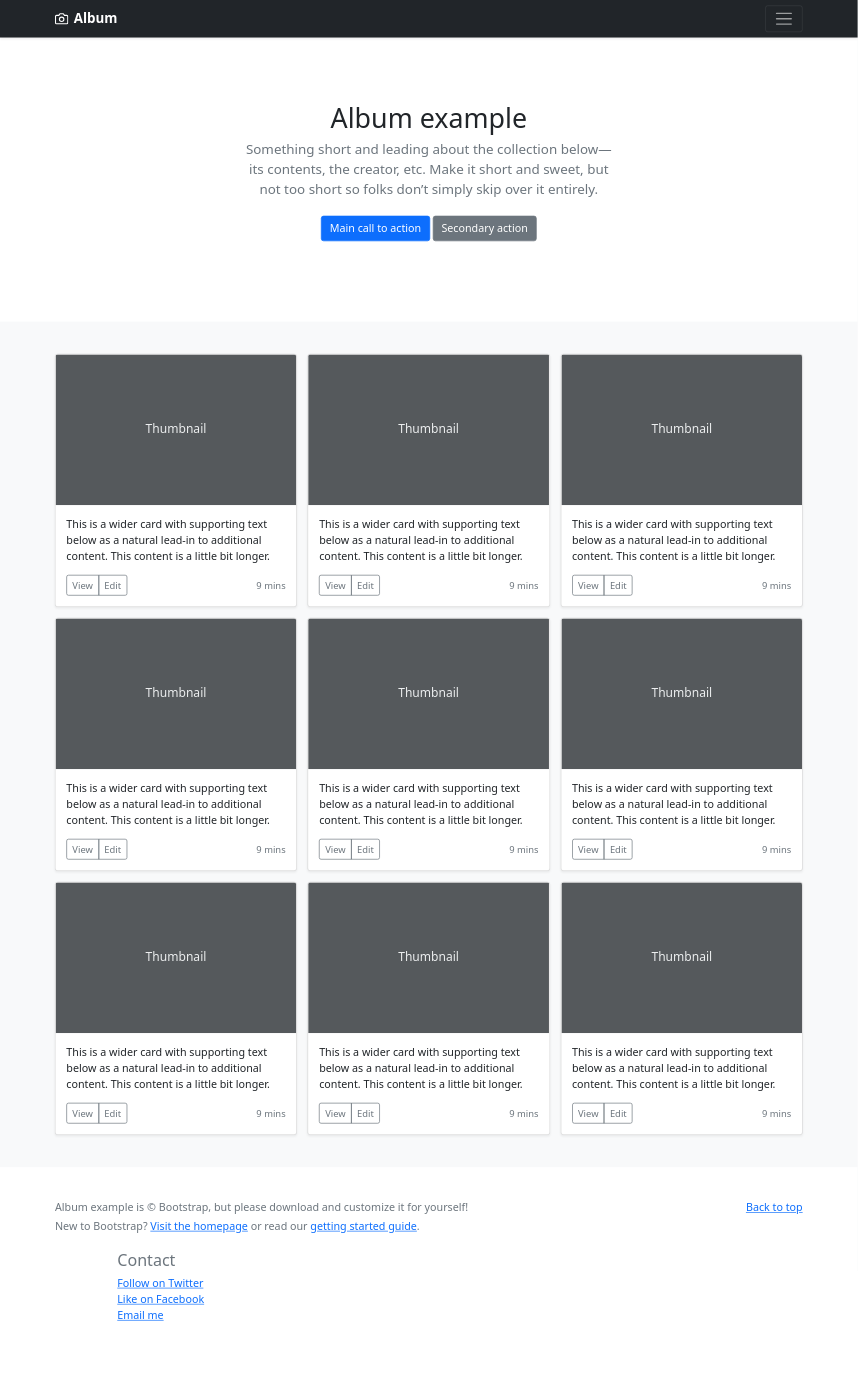
Repository: harshi93/pythonProjects
Page: http://localhost/jobs
These files come from the project's save history. The page is drawn as it stood at one moment and after the next save; the edit follows.
The browser window is 1280 px wide. The pictures show the whole page, at 67% of full size.
The page is served by the project's application, run on Django 3.2 (manage.py). Other server files are loaded and not shown.

Above is the page before, as saved 2021-07-29 03:12:09.

### portfolio/jobs/templates/experience/exp.html
<!doctype html>
<html lang="en">
  <head>
    <meta charset="utf-8">
    <meta name="viewport" content="width=device-width, initial-scale=1">
    <meta name="description" content="">
    <meta name="author" content="Mark Otto, Jacob Thornton, and Bootstrap contributors">
    <meta name="generator" content="Hugo 0.84.0">
    <title>Album example · Bootstrap v5.0</title>

    <link rel="canonical" href="https://getbootstrap.com/docs/5.0/examples/album/">



    <!-- Bootstrap core CSS -->
    <link href="https://cdn.jsdelivr.net/npm/bootstrap@5.0.2/dist/css/bootstrap.min.css" rel="stylesheet" integrity="sha384-EVSTQN3/azprG1Anm3QDgpJLIm9Nao0Yz1ztcQTwFspd3yD65VohhpuuCOmLASjC" crossorigin="anonymous">
    <!-- Favicons -->
<link rel="apple-touch-icon" href="/docs/5.0/assets/img/favicons/apple-touch-icon.png" sizes="180x180">
<link rel="icon" href="/docs/5.0/assets/img/favicons/favicon-32x32.png" sizes="32x32" type="image/png">
<link rel="icon" href="/docs/5.0/assets/img/favicons/favicon-16x16.png" sizes="16x16" type="image/png">
<link rel="manifest" href="/docs/5.0/assets/img/favicons/manifest.json">
<link rel="mask-icon" href="/docs/5.0/assets/img/favicons/safari-pinned-tab.svg" color="#7952b3">
<link rel="icon" href="/docs/5.0/assets/img/favicons/favicon.ico">
<meta name="theme-color" content="#7952b3">


    <style>
      .bd-placeholder-img {
        font-size: 1.125rem;
        text-anchor: middle;
        -webkit-user-select: none;
        -moz-user-select: none;
        user-select: none;
      }

      @media (min-width: 768px) {
        .bd-placeholder-img-lg {
          font-size: 3.5rem;
        }
      }
    </style>


  </head>
  <body>

<header>
  <div class="collapse bg-dark" id="navbarHeader">
    <div class="container">
      <div class="row">
        <div class="col-sm-8 col-md-7 py-4">
          <h4 class="text-white">About</h4>
          <p class="text-muted">Add some information about the album below, the author, or any other background context. Make it a few sentences long so folks can pick up some informative tidbits. Then, link them off to some social networking sites or contact information.</p>
        </div>

      </div>
    </div>
  </div>
  <div class="navbar navbar-dark bg-dark shadow-sm">
    <div class="container">
      <a href="#" class="navbar-brand d-flex align-items-center">
        <svg xmlns="http://www.w3.org/2000/svg" width="20" height="20" fill="none" stroke="currentColor" stroke-linecap="round" stroke-linejoin="round" stroke-width="2" aria-hidden="true" class="me-2" viewBox="0 0 24 24"><path d="M23 19a2 2 0 0 1-2 2H3a2 2 0 0 1-2-2V8a2 2 0 0 1 2-2h4l2-3h6l2 3h4a2 2 0 0 1 2 2z"/><circle cx="12" cy="13" r="4"/></svg>
        <strong>Album</strong>
      </a>
      <button class="navbar-toggler" type="button" data-bs-toggle="collapse" data-bs-target="#navbarHeader" aria-controls="navbarHeader" aria-expanded="false" aria-label="Toggle navigation">
        <span class="navbar-toggler-icon"></span>
      </button>
    </div>
  </div>
</header>

<main>

  <section class="py-5 text-center container">
    <div class="row py-lg-5">
      <div class="col-lg-6 col-md-8 mx-auto">
        <h1 class="fw-light">Album example</h1>
        <p class="lead text-muted">Something short and leading about the collection below—its contents, the creator, etc. Make it short and sweet, but not too short so folks don’t simply skip over it entirely.</p>
        <p>
          <a href="#" class="btn btn-primary my-2">Main call to action</a>
          <a href="#" class="btn btn-secondary my-2">Secondary action</a>
        </p>
      </div>
    </div>
  </section>

  <div class="album py-5 bg-light">
    <div class="container">

      <div class="row row-cols-1 row-cols-sm-2 row-cols-md-3 g-3">
        <div class="col">
          <div class="card shadow-sm">
            <svg class="bd-placeholder-img card-img-top" width="100%" height="225" xmlns="http://www.w3.org/2000/svg" role="img" aria-label="Placeholder: Thumbnail" preserveAspectRatio="xMidYMid slice" focusable="false"><title>Placeholder</title><rect width="100%" height="100%" fill="#55595c"/><text x="50%" y="50%" fill="#eceeef" dy=".3em">Thumbnail</text></svg>

            <div class="card-body">
              <p class="card-text">This is a wider card with supporting text below as a natural lead-in to additional content. This content is a little bit longer.</p>
              <div class="d-flex justify-content-between align-items-center">
                <div class="btn-group">
                  <button type="button" class="btn btn-sm btn-outline-secondary">View</button>
                  <button type="button" class="btn btn-sm btn-outline-secondary">Edit</button>
                </div>
                <small class="text-muted">9 mins</small>
              </div>
            </div>
          </div>
        </div>
        <div class="col">
          <div class="card shadow-sm">
            <svg class="bd-placeholder-img card-img-top" width="100%" height="225" xmlns="http://www.w3.org/2000/svg" role="img" aria-label="Placeholder: Thumbnail" preserveAspectRatio="xMidYMid slice" focusable="false"><title>Placeholder</title><rect width="100%" height="100%" fill="#55595c"/><text x="50%" y="50%" fill="#eceeef" dy=".3em">Thumbnail</text></svg>

            <div class="card-body">
              <p class="card-text">This is a wider card with supporting text below as a natural lead-in to additional content. This content is a little bit longer.</p>
              <div class="d-flex justify-content-between align-items-center">
                <div class="btn-group">
                  <button type="button" class="btn btn-sm btn-outline-secondary">View</button>
                  <button type="button" class="btn btn-sm btn-outline-secondary">Edit</button>
                </div>
                <small class="text-muted">9 mins</small>
              </div>
            </div>
          </div>
        </div>
        <div class="col">
          <div class="card shadow-sm">
            <svg class="bd-placeholder-img card-img-top" width="100%" height="225" xmlns="http://www.w3.org/2000/svg" role="img" aria-label="Placeholder: Thumbnail" preserveAspectRatio="xMidYMid slice" focusable="false"><title>Placeholder</title><rect width="100%" height="100%" fill="#55595c"/><text x="50%" y="50%" fill="#eceeef" dy=".3em">Thumbnail</text></svg>

            <div class="card-body">
              <p class="card-text">This is a wider card with supporting text below as a natural lead-in to additional content. This content is a little bit longer.</p>
              <div class="d-flex justify-content-between align-items-center">
                <div class="btn-group">
                  <button type="button" class="btn btn-sm btn-outline-secondary">View</button>
                  <button type="button" class="btn btn-sm btn-outline-secondary">Edit</button>
                </div>
                <small class="text-muted">9 mins</small>
              </div>
            </div>
          </div>
        </div>

        <div class="col">
          <div class="card shadow-sm">
            <svg class="bd-placeholder-img card-img-top" width="100%" height="225" xmlns="http://www.w3.org/2000/svg" role="img" aria-label="Placeholder: Thumbnail" preserveAspectRatio="xMidYMid slice" focusable="false"><title>Placeholder</title><rect width="100%" height="100%" fill="#55595c"/><text x="50%" y="50%" fill="#eceeef" dy=".3em">Thumbnail</text></svg>

            <div class="card-body">
              <p class="card-text">This is a wider card with supporting text below as a natural lead-in to additional content. This content is a little bit longer.</p>
              <div class="d-flex justify-content-between align-items-center">
                <div class="btn-group">
                  <button type="button" class="btn btn-sm btn-outline-secondary">View</button>
                  <button type="button" class="btn btn-sm btn-outline-secondary">Edit</button>
                </div>
                <small class="text-muted">9 mins</small>
              </div>
            </div>
          </div>
        </div>
        <div class="col">
          <div class="card shadow-sm">
            <svg class="bd-placeholder-img card-img-top" width="100%" height="225" xmlns="http://www.w3.org/2000/svg" role="img" aria-label="Placeholder: Thumbnail" preserveAspectRatio="xMidYMid slice" focusable="false"><title>Placeholder</title><rect width="100%" height="100%" fill="#55595c"/><text x="50%" y="50%" fill="#eceeef" dy=".3em">Thumbnail</text></svg>

            <div class="card-body">
              <p class="card-text">This is a wider card with supporting text below as a natural lead-in to additional content. This content is a little bit longer.</p>
              <div class="d-flex justify-content-between align-items-center">
                <div class="btn-group">
                  <button type="button" class="btn btn-sm btn-outline-secondary">View</button>
                  <button type="button" class="btn btn-sm btn-outline-secondary">Edit</button>
                </div>
                <small class="text-muted">9 mins</small>
              </div>
            </div>
          </div>
        </div>
        <div class="col">
          <div class="card shadow-sm">
            <svg class="bd-placeholder-img card-img-top" width="100%" height="225" xmlns="http://www.w3.org/2000/svg" role="img" aria-label="Placeholder: Thumbnail" preserveAspectRatio="xMidYMid slice" focusable="false"><title>Placeholder</title><rect width="100%" height="100%" fill="#55595c"/><text x="50%" y="50%" fill="#eceeef" dy=".3em">Thumbnail</text></svg>

            <div class="card-body">
              <p class="card-text">This is a wider card with supporting text below as a natural lead-in to additional content. This content is a little bit longer.</p>
              <div class="d-flex justify-content-between align-items-center">
                <div class="btn-group">
                  <button type="button" class="btn btn-sm btn-outline-secondary">View</button>
                  <button type="button" class="btn btn-sm btn-outline-secondary">Edit</button>
                </div>
                <small class="text-muted">9 mins</small>
              </div>
            </div>
          </div>
        </div>

        <div class="col">
          <div class="card shadow-sm">
            <svg class="bd-placeholder-img card-img-top" width="100%" height="225" xmlns="http://www.w3.org/2000/svg" role="img" aria-label="Placeholder: Thumbnail" preserveAspectRatio="xMidYMid slice" focusable="false"><title>Placeholder</title><rect width="100%" height="100%" fill="#55595c"/><text x="50%" y="50%" fill="#eceeef" dy=".3em">Thumbnail</text></svg>

            <div class="card-body">
              <p class="card-text">This is a wider card with supporting text below as a natural lead-in to additional content. This content is a little bit longer.</p>
              <div class="d-flex justify-content-between align-items-center">
                <div class="btn-group">
                  <button type="button" class="btn btn-sm btn-outline-secondary">View</button>
                  <button type="button" class="btn btn-sm btn-outline-secondary">Edit</button>
                </div>
                <small class="text-muted">9 mins</small>
              </div>
            </div>
          </div>
        </div>
        <div class="col">
          <div class="card shadow-sm">
            <svg class="bd-placeholder-img card-img-top" width="100%" height="225" xmlns="http://www.w3.org/2000/svg" role="img" aria-label="Placeholder: Thumbnail" preserveAspectRatio="xMidYMid slice" focusable="false"><title>Placeholder</title><rect width="100%" height="100%" fill="#55595c"/><text x="50%" y="50%" fill="#eceeef" dy=".3em">Thumbnail</text></svg>

            <div class="card-body">
              <p class="card-text">This is a wider card with supporting text below as a natural lead-in to additional content. This content is a little bit longer.</p>
              <div class="d-flex justify-content-between align-items-center">
                <div class="btn-group">
                  <button type="button" class="btn btn-sm btn-outline-secondary">View</button>
                  <button type="button" class="btn btn-sm btn-outline-secondary">Edit</button>
                </div>
                <small class="text-muted">9 mins</small>
              </div>
            </div>
          </div>
        </div>
        <div class="col">
          <div class="card shadow-sm">
            <svg class="bd-placeholder-img card-img-top" width="100%" height="225" xmlns="http://www.w3.org/2000/svg" role="img" aria-label="Placeholder: Thumbnail" preserveAspectRatio="xMidYMid slice" focusable="false"><title>Placeholder</title><rect width="100%" height="100%" fill="#55595c"/><text x="50%" y="50%" fill="#eceeef" dy=".3em">Thumbnail</text></svg>

            <div class="card-body">
              <p class="card-text">This is a wider card with supporting text below as a natural lead-in to additional content. This content is a little bit longer.</p>
              <div class="d-flex justify-content-between align-items-center">
                <div class="btn-group">
                  <button type="button" class="btn btn-sm btn-outline-secondary">View</button>
                  <button type="button" class="btn btn-sm btn-outline-secondary">Edit</button>
                </div>
                <small class="text-muted">9 mins</small>
              </div>
            </div>
          </div>
        </div>
      </div>
    </div>
  </div>

</main>

<footer class="text-muted py-5">
  <div class="container">
    <p class="float-end mb-1">
      <a href="#">Back to top</a>
    </p>
    <p class="mb-1">Album example is &copy; Bootstrap, but please download and customize it for yourself!</p>
    <p class="mb-0">New to Bootstrap? <a href="/">Visit the homepage</a> or read our <a href="/docs/5.0/getting-started/introduction/">getting started guide</a>.</p>
    <div class="col-sm-4 offset-md-1 py-4">
        <h4 class="text-black">Contact</h4>
        <ul class="list-unstyled">
          <li><a href="#" class="text-black">Follow on Twitter</a></li>
          <li><a href="#" class="text-black">Like on Facebook</a></li>
          <li><a href="#" class="text-black">Email me</a></li>
        </ul>
      </div>
  </div>
</footer>


<script src="https://cdn.jsdelivr.net/npm/bootstrap@5.0.2/dist/js/bootstrap.bundle.min.js" integrity="sha384-MrcW6ZMFYlzcLA8Nl+NtUVF0sA7MsXsP1UyJoMp4YLEuNSfAP+JcXn/tWtIaxVXM" crossorigin="anonymous"></script>

  </body>
</html>

### portfolio/jobs/views.py
from django.shortcuts import render
from .models import Job

# Create your views here.
def experience(request):
    jobs = Job.objects
    return render(request, 'experience/exp.html', {'jobs':jobs})

### portfolio/portfolio/urls.py
"""portfolio URL Configuration

The `urlpatterns` list routes URLs to views. For more information please see:
    https://docs.djangoproject.com/en/3.0/topics/http/urls/
Examples:
Function views
    1. Add an import:  from my_app import views
    2. Add a URL to urlpatterns:  path('', views.home, name='home')
Class-based views
    1. Add an import:  from other_app.views import Home
    2. Add a URL to urlpatterns:  path('', Home.as_view(), name='home')
Including another URLconf
    1. Import the include() function: from django.urls import include, path
    2. Add a URL to urlpatterns:  path('blog/', include('blog.urls'))
"""
from django.contrib import admin
from django.urls import path
import jobs.views

urlpatterns = [
    path('admin/', admin.site.urls),
    path('jobs', jobs.views.experience, name='experience'),
]

After the next save:
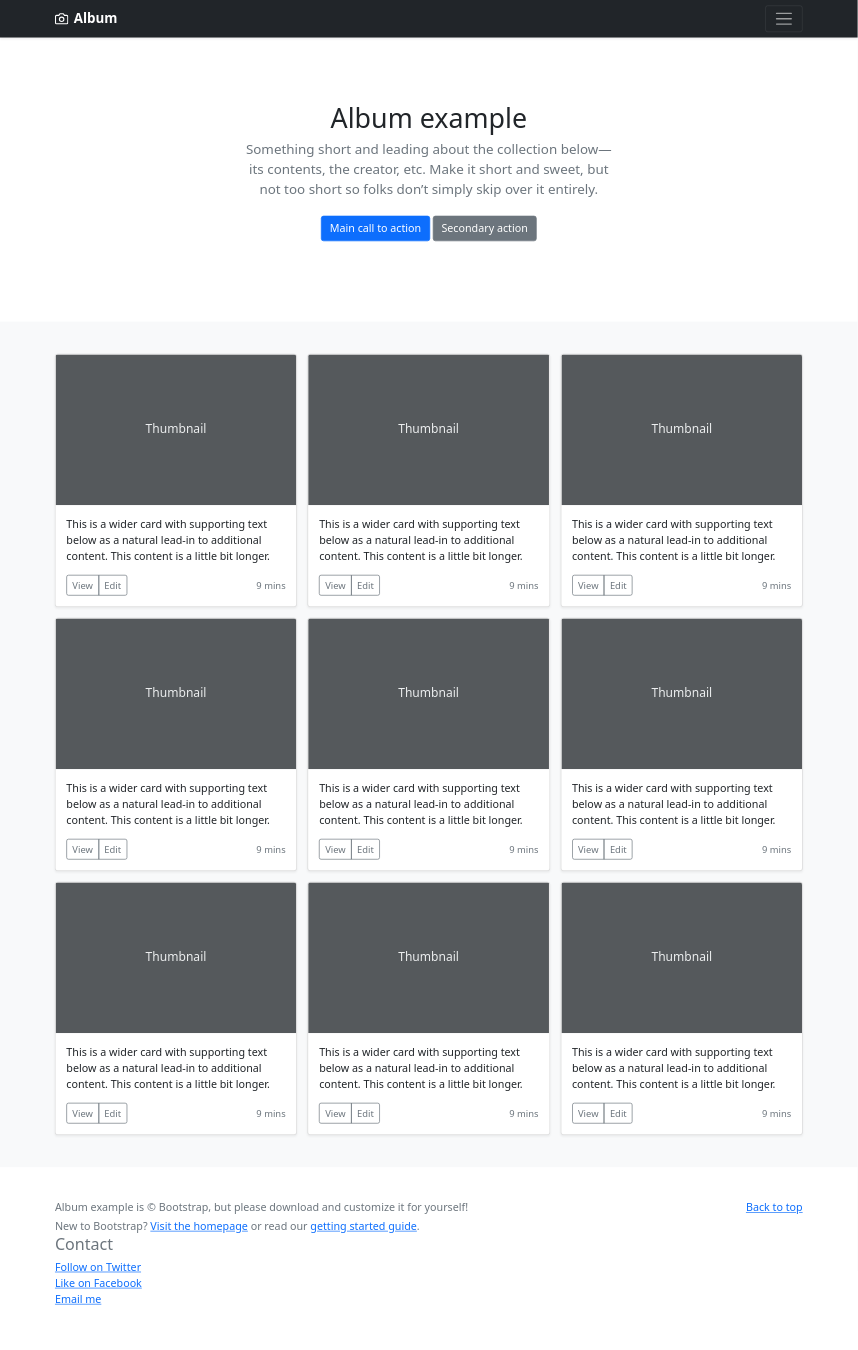
Saved 38 s later.
--- a/portfolio/jobs/templates/experience/exp.html
+++ b/portfolio/jobs/templates/experience/exp.html
@@ -247,14 +247,12 @@
     </p>
     <p class="mb-1">Album example is &copy; Bootstrap, but please download and customize it for yourself!</p>
     <p class="mb-0">New to Bootstrap? <a href="/">Visit the homepage</a> or read our <a href="/docs/5.0/getting-started/introduction/">getting started guide</a>.</p>
-    <div class="col-sm-4 offset-md-1 py-4">
-        <h4 class="text-black">Contact</h4>
-        <ul class="list-unstyled">
-          <li><a href="#" class="text-black">Follow on Twitter</a></li>
-          <li><a href="#" class="text-black">Like on Facebook</a></li>
-          <li><a href="#" class="text-black">Email me</a></li>
-        </ul>
-      </div>
+    <h4 class="text-black">Contact</h4>
+    <ul class="list-unstyled">
+        <li><a href="#" class="text-black">Follow on Twitter</a></li>
+        <li><a href="#" class="text-black">Like on Facebook</a></li>
+        <li><a href="#" class="text-black">Email me</a></li>
+    </ul>
   </div>
 </footer>
 
